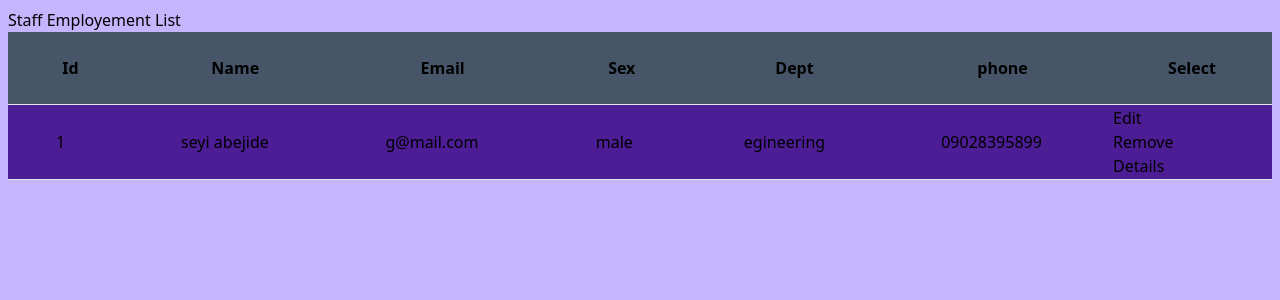
Repository: Semanmernstack/crud
Page: /
An editor plug-in stored every save of this project. The page is shown before and after the next save, followed by the edit.
The browser window is 1280 px wide. The pictures show the whole page.
The project was rebuilt for these pictures with package versions that can differ from the ones it lists, and the page was loaded fresh each time. Requests to the local data server were answered from the project's data file. Also part of the build but not shown: src/Details.js, src/Create.js, src/Edit.js.

Above is the page before, as saved 2022-12-24 01:00:21.

### src/App.js
import List from "./List";
import {
  BrowserRouter,
  Routes,
  Route,

} from "react-router-dom";
import Details from "./Details";
import Create from "./Create";
import Edit from "./Edit";



function App() {
  return (
    <div className="bg-slate-100 h-screen">
      <BrowserRouter>

      <Routes>
        <Route path="/" element={<List/>}> </Route>
        <Route path="/employee/create" element={<Create/>}> </Route>
        <Route path="/employee/details/:empid" element={<Details/>}> </Route>
        <Route path="/employee/edit/:empid" element={<Edit/>}> </Route>
      </Routes>
      </BrowserRouter>

    </div>
  );
}

export default App;

### src/List.js

import React, { useEffect, useState } from 'react'

function List() {
    const [records, setRecords] = useState("")

    useEffect(() => {
        fetch("http://localhost:8000/employee").then((res) => {
            return res.json()
        }).then((resp) => {
            console.log(resp)
            setRecords(resp)

        })

    }, [])
  return (
    <div className="overflow-x-hidden lg:max-w-7xl mx-auto  p-2 items-center bg-violet-300 h-screen   ">

        <p>Staff Employement List</p>


        <table className="  w-[100%] bg-violet-900   " >

            <thead>
                <tr className="border-b bg-slate-600">
                    <th scope='col' className=" lg:py-6 lg:px-12 py-4 px-6">Id</th>
                    <th scope='col' className=" lg:py-6 lg:px-12 py-4 px-6">Name</th>
                    <th scope='col' className=" lg:py-6 lg:px-12 py-4 px-6">Email</th>
                    <th scope='col' className=" lg:py-6 lg:px-12 py-4 px-6">Sex</th>
                    <th scope='col' className=" lg:py-6 lg:px-12 py-4 px-6">Dept</th>
                    <th scope='col' className=" lg:py-6 lg:px-12 py-4 px-6">phone</th>
                    <th scope='col' className=' lg:py-6 lg:px-12 py-4 px-6'>Select</th>

                </tr>
            </thead>
            <tbody>
                {
                    records &&
                    records.map((record) => (
                    <tr className="border-b" key={record.id}>
                        <td className=" lg:py-6 lg:px-12 py-3 px-4">{record.id}</td>
                        <td className=" lg:py-6 lg:px-12 py-3 px-4" >{record.name}</td>
                        <td className=" lg:py-6 lg:px-12 py-3 px-4">{record.email}</td>
                        <td className=" lg:py-6 lg:px-12 py-3 px-4">{record.sex}</td>
                        <td className=" lg:py-6 lg:px-12 py-3 px-4">{record.dept}</td>
                        <td className=" lg:py-6 lg:px-12 py-3 px-4">{record.phone}</td>
                        <td className='flex flex-col'>
                            <a href="">Edit</a>
                            <a href="">Remove</a>
                            <a href="">Details</a>
                        </td>
                    </tr>
                    ))
                }

            </tbody>

        </table>




    </div>
  )
}

export default List

### db.json
{
  "employee": [
    {
      "id": 1,
      "name": "seyi abejide",
      "email": "g@mail.com",
      "phone": "09028395899",
      "dept": "egineering",
      "sex": "male"

    }
  ]

}

Loaded but not shown: public/index.html (common file); src/index.js (common file); src/index.css (common file); src/reportWebVitals.js (common file); tailwind.config.js (common file)

After the next save:
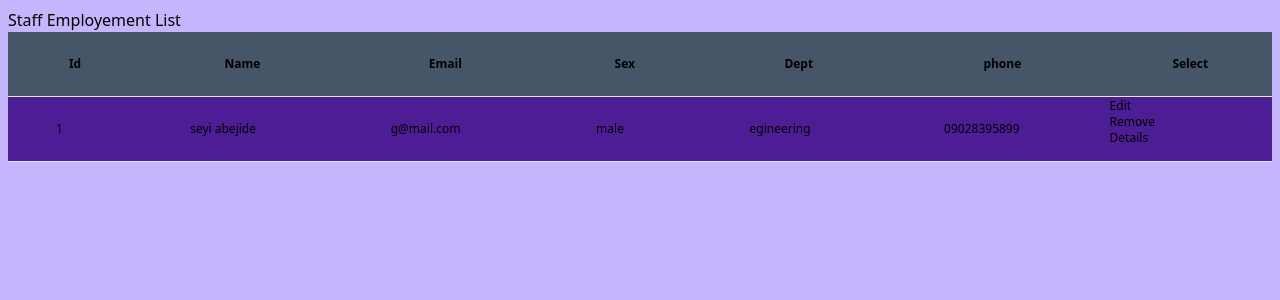
Saved 21 s later.
--- a/src/List.js
+++ b/src/List.js
@@ -20,7 +20,7 @@ function List() {
         <p>Staff Employement List</p>
 
 
-        <table className="  w-[100%] bg-violet-900   " >
+        <table className="  w-[100%] bg-violet-900 text-xs   " >
 
             <thead>
                 <tr className="border-b bg-slate-600">
